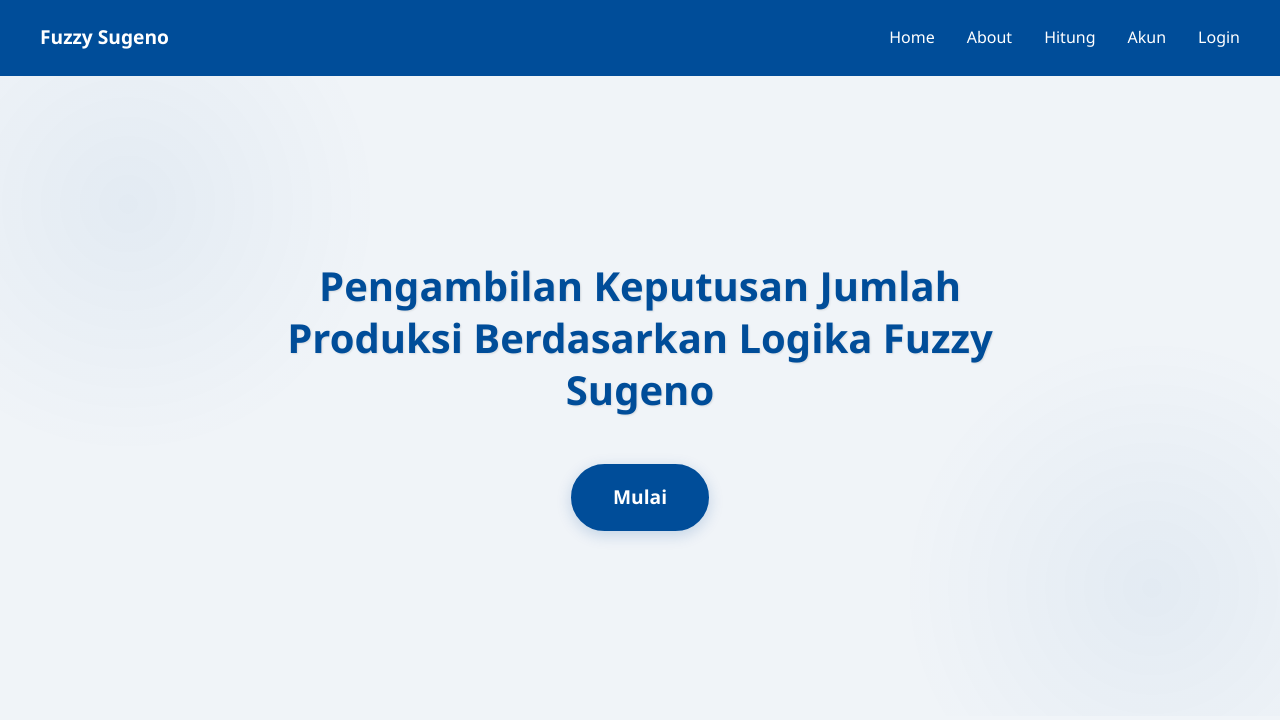
Repository: Senicccc/Defuzzy-Sugeno
Page: http://localhost/
The author's editor kept a copy of each file at every save. The page is drawn from the files as they stood at one save, then again after a run of saves.
The browser window is 1280 px wide. The pictures show the whole page.
The page is run by PHP 8.4 with error messages shown; the project is at /var/www/html/.

Above is the page before, as saved 2025-06-08 11:03:45.

### index.php
<!DOCTYPE html>
<html lang="id">

<head>
    <meta charset="UTF-8" />
    <meta name="viewport" content="width=device-width, initial-scale=1.0" />
    <title>Fuzzy Sugeno - Produksi</title>
    <link rel="icon" href="img/favicon.png" type="image/png">
    <link rel="stylesheet" href="css/index.css">
</head>

<body>

    <?php
    require_once 'php/header-index.php';
    ?>

    <section class="hero">
        <h1>Pengambilan Keputusan Jumlah Produksi Berdasarkan Logika Fuzzy Sugeno</h1>
        <a href="php/form" class="start-button">Mulai</a>
    </section>

</body>

</html>

### php/header-index.php
<!DOCTYPE html>
<html lang="id">

<head>
    <meta charset="UTF-8" />
    <meta name="viewport" content="width=device-width, initial-scale=1.0" />
    <title>Fuzzy Sugeno - Produksi</title>
    <link rel="stylesheet" href="https://cdnjs.cloudflare.com/ajax/libs/font-awesome/6.0.0/css/all.min.css">

    <style>
    * {
        margin: 0;
        padding: 0;
        box-sizing: border-box;
        font-family: 'Segoe UI', Tahoma, Geneva, Verdana, sans-serif;
    }

    body {
        background: #f0f4f8;
        color: #333;
    }

    nav {
        background-color: #004d99;
        position: sticky;
        top: 0;
        z-index: 1000;
        padding: 1.4rem 2.4rem;
    }

    .nav-container {
        display: flex;
        justify-content: space-between;
        align-items: center;
        max-width: 1200px;
        margin: 0 auto;
        flex-wrap: wrap;
    }

    .logo {
        color: white;
        font-weight: 800;
        font-size: larger;
    }

    .nav-links {
        display: flex;
        gap: 2rem;
    }

    .nav-links a {
        text-decoration: none;
        color: white;
        font-weight: 500;
        font-size: 1rem;
        transition: color 0.3s;
    }

    .nav-links a:hover {
        color: #ffcc00;
    }

    .burger {
        display: none;
        font-size: 1.5rem;
        color: white;
        cursor: pointer;
        padding: 0.5rem;
    }

    @media (max-width: 768px) {
        .nav-links {
            display: none;
            flex-direction: column;
            background-color: #004d99;
            width: 100%;
            text-align: center;
            margin-top: 1rem;
            padding-bottom: 1rem;
            gap: 1rem;
            order: 1;
        }

        .nav-links.active {
            display: flex;
        }

        .burger {
            display: block;
            margin-left: auto;
            /* Memposisikan burger di kanan */
        }

        nav {
            padding: 0.75rem 1.5rem;
        }
    }
    </style>
</head>

<body>

    <nav>
        <div class="nav-container">
            <div class="logo">Fuzzy Sugeno</div>
            <div class="burger" id="burger"><i class="fas fa-bars"></i></div>
            <div class="nav-links" id="navLinks">
                <a href="index.php">Home</a>
                <a href="index.php#about">About</a>
                <a href="php/form.php">Hitung</a>
                <a href="php/account.php">Akun</a>
                <?php if (isset($_SESSION['user_id'])): ?>
                <a href="php/logout.php">Logout</a>
                <?php else: ?>
                <a href="php/login.php">Login</a>
                <?php endif; ?>
            </div>
        </div>
    </nav>

    <script>
    const burger = document.getElementById('burger');
    const navLinks = document.getElementById('navLinks');

    burger.addEventListener('click', () => {
        navLinks.classList.toggle('active');
    });
    </script>

</body>

</html>

### css/index.css
* {
  margin: 0;
  padding: 0;
  box-sizing: border-box;
  font-family: "Segoe UI", Tahoma, Geneva, Verdana, sans-serif;
}

body {
  background: linear-gradient(135deg, #f0f4f8 0%, #dfe7ee 100%);
  color: #333;
  min-height: 100vh;
  line-height: 1.6;
}

/* Hero Section */
.hero {
  background: url("../img/menu-bg.jpg") center center/cover no-repeat;
  display: flex;
  flex-direction: column;
  justify-content: center;
  align-items: center;
  text-align: center;
  min-height: calc(100vh - 80px);
  padding: 2rem;
  background-image: radial-gradient(
      circle at 10% 20%,
      rgba(0, 77, 153, 0.05) 0%,
      transparent 20%
    ),
    radial-gradient(
      circle at 90% 80%,
      rgba(0, 77, 153, 0.05) 0%,
      transparent 20%
    );
}

.hero h1 {
  font-size: 2.5rem;
  font-weight: 700;
  color: #004d99;
  margin-bottom: 2rem;
  max-width: 800px;
  line-height: 1.3;
  text-shadow: 1px 1px 2px rgba(0, 0, 0, 0.1);
}

.start-button {
  display: inline-block;
  background-color: #004d99;
  color: white;
  padding: 1rem 2.5rem;
  border-radius: 50px;
  text-decoration: none;
  font-weight: 600;
  font-size: 1.2rem;
  transition: all 0.3s ease;
  box-shadow: 0 4px 15px rgba(0, 77, 153, 0.2);
  border: 2px solid #004d99;
  margin-top: 1rem;
}

.start-button:hover {
  background-color: #ffcc00;
  color: #004d99;
  transform: translateY(-3px);
  box-shadow: 0 6px 20px rgba(0, 77, 153, 0.3);
}

.start-button:active {
  transform: translateY(1px);
}

/* Responsive Design */
@media (max-width: 768px) {
  .hero {
    padding: 1.5rem;
    min-height: calc(100vh - 60px);
  }

  .hero h1 {
    font-size: 1.8rem;
    margin-bottom: 1.5rem;
  }

  .start-button {
    padding: 0.8rem 2rem;
    font-size: 1rem;
  }
}

@media (max-width: 480px) {
  .hero h1 {
    font-size: 1.5rem;
  }

  .start-button {
    padding: 0.7rem 1.8rem;
  }
}

/* Animasi */
@keyframes fadeIn {
  from {
    opacity: 0;
    transform: translateY(20px);
  }
  to {
    opacity: 1;
    transform: translateY(0);
  }
}

.hero {
  animation: fadeIn 0.8s ease-out forwards;
}

.start-button {
  animation: fadeIn 1s ease-out 0.3s both;
}

After the next 2 saves:
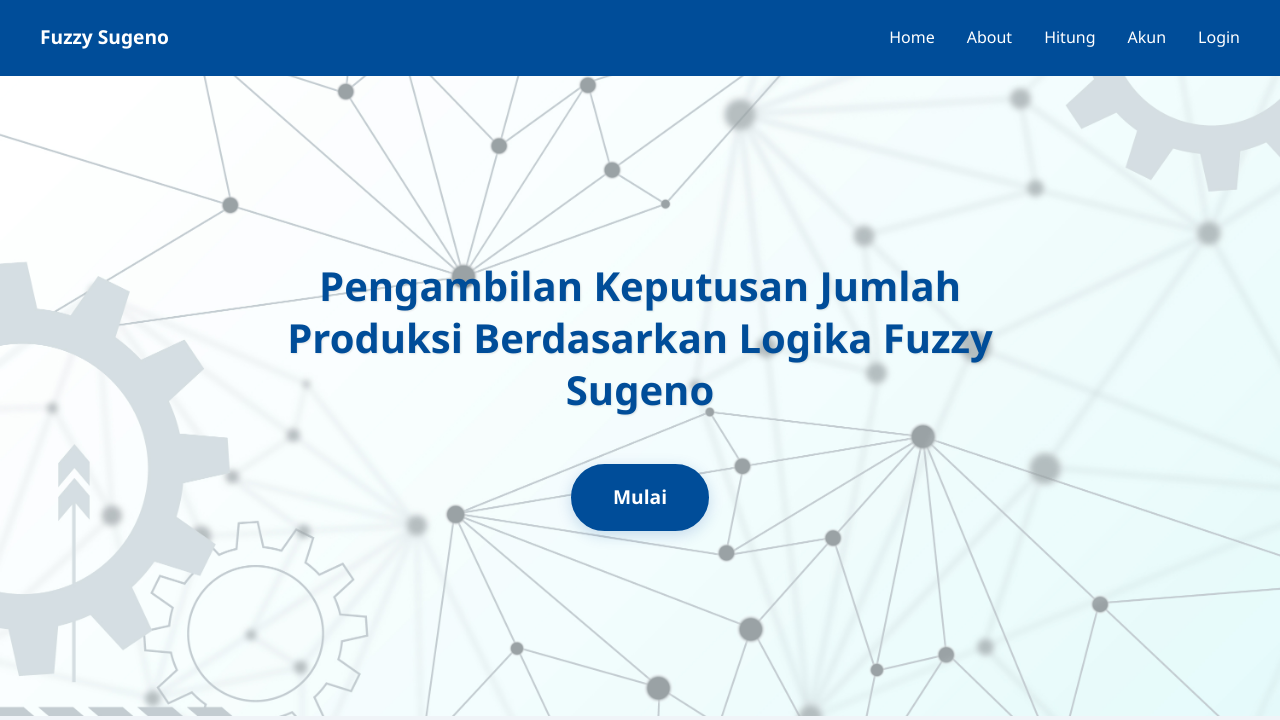
The 2 saves are shown as one change because they came seconds apart.
The last was saved 60 s later.
--- a/css/index.css
+++ b/css/index.css
@@ -14,15 +14,8 @@ body {
 
 /* Hero Section */
 .hero {
-  background: url("../img/menu-bg.jpg") center center/cover no-repeat;
-  display: flex;
-  flex-direction: column;
-  justify-content: center;
-  align-items: center;
-  text-align: center;
-  min-height: calc(100vh - 80px);
-  padding: 2rem;
-  background-image: radial-gradient(
+  background: url("../img/menu-bg.jpg") center center/cover no-repeat,
+    radial-gradient(
       circle at 10% 20%,
       rgba(0, 77, 153, 0.05) 0%,
       transparent 20%
@@ -32,6 +25,13 @@ body {
       rgba(0, 77, 153, 0.05) 0%,
       transparent 20%
     );
+  display: flex;
+  flex-direction: column;
+  justify-content: center;
+  align-items: center;
+  text-align: center;
+  min-height: calc(100vh - 80px);
+  padding: 2rem;
 }
 
 .hero h1 {
